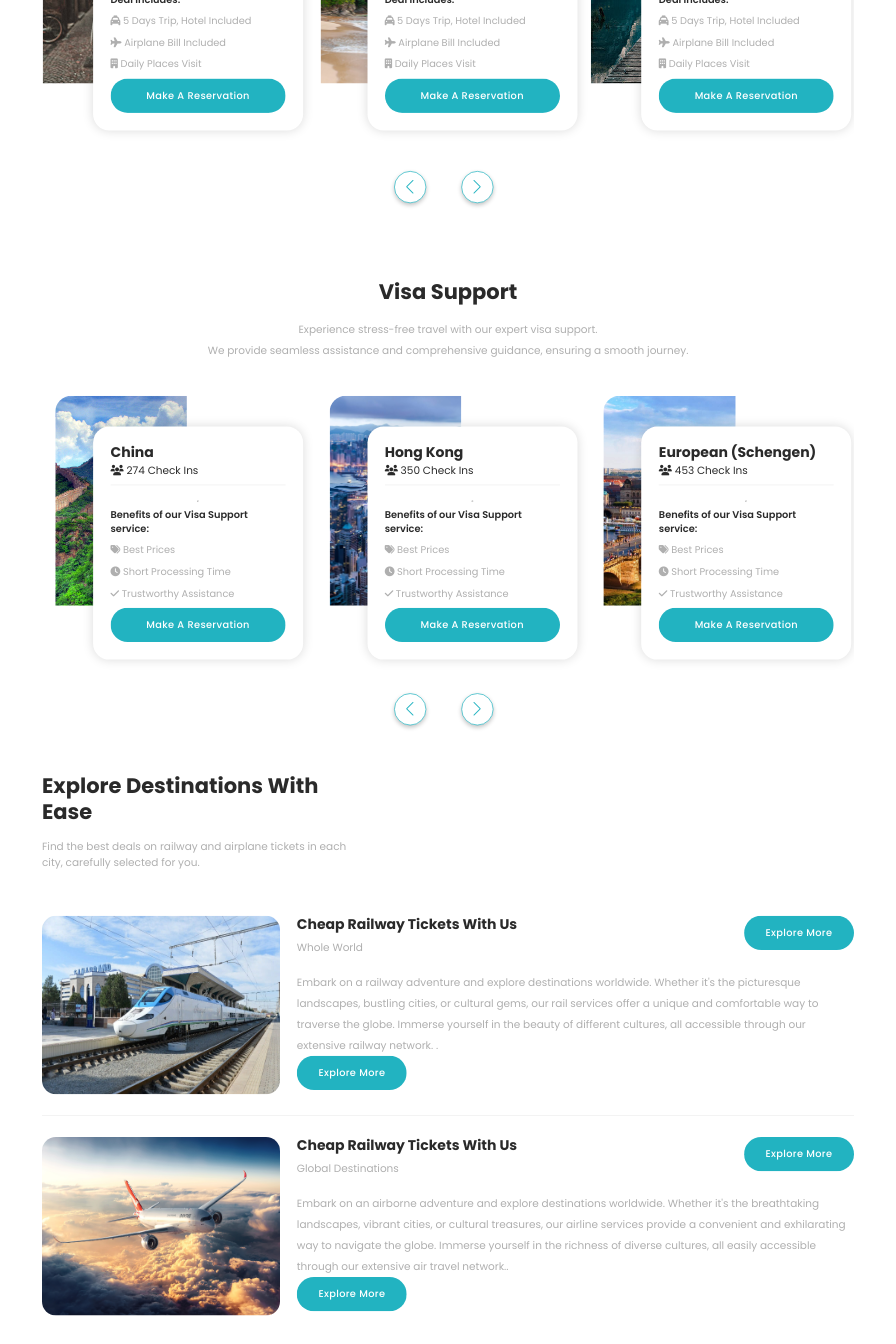
Repository: asadbekdev07/asadbekdev-zamontour-react
Page: /
An editor plug-in stored every save of this project. The page is shown before and after the next save, followed by the edit.
The browser window is 1280 px wide. The pictures show the part of the page from y = 1105 to 3025 px (the page is 3025 px tall before and 2968 px after), at 70% of full size.
The project was rebuilt for these pictures with package versions that can differ from the ones it lists, and the page was loaded fresh each time. Also part of the build but not shown: vite.config.js.

Above is the page before, as saved 2024-05-26 18:47:11.

After the next save:
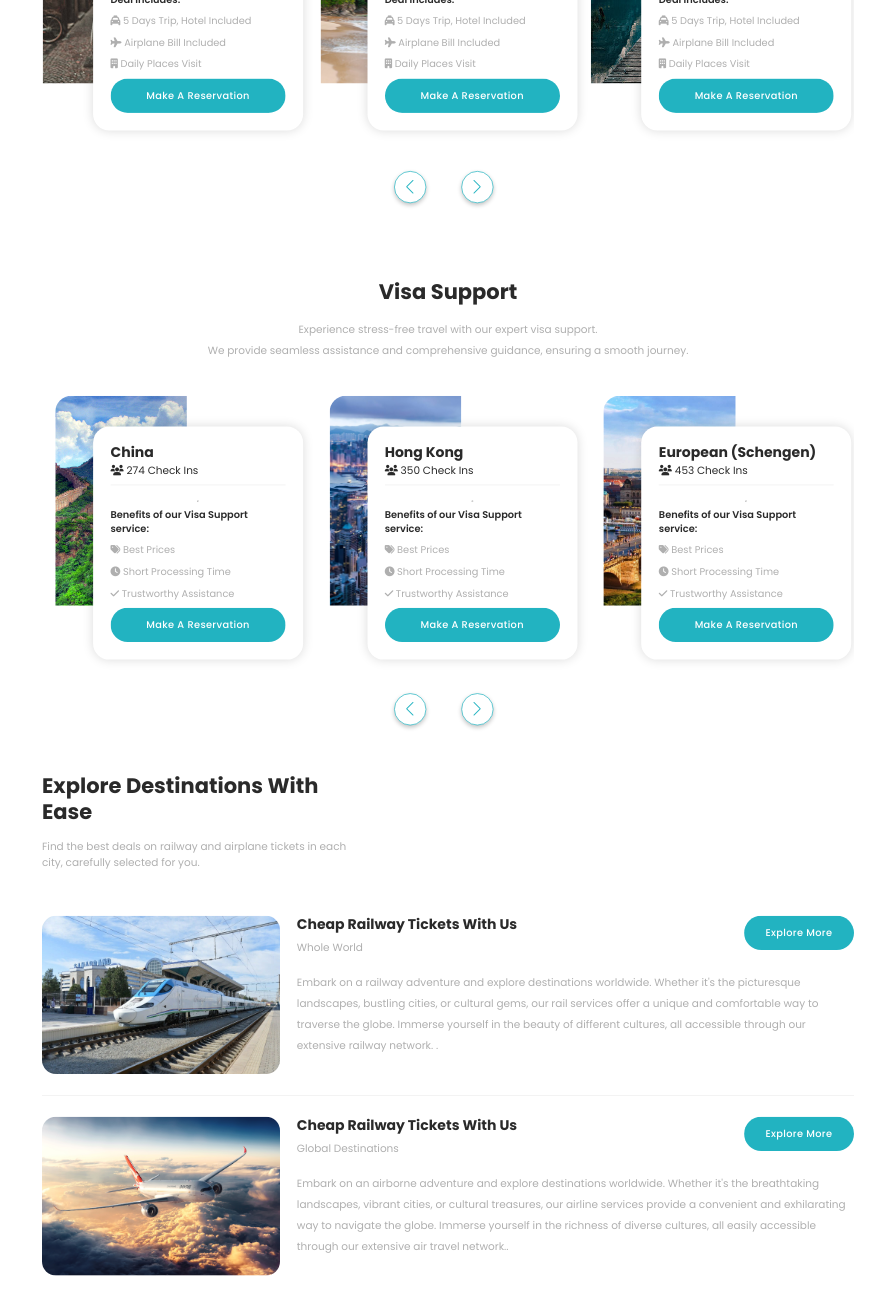
Saved 43 s later.
--- a/src/assets/styles/index.css
+++ b/src/assets/styles/index.css
@@ -652,6 +652,10 @@ select:-webkit-autofill:focus {
   line-height: 30px;
 }
 
+.destination__responsive-button {
+  display: none;
+}
+
 @media only screen and (min-width: 1000px) and (max-width: 1200px) {
   .offers__card {
     width: 30%;
